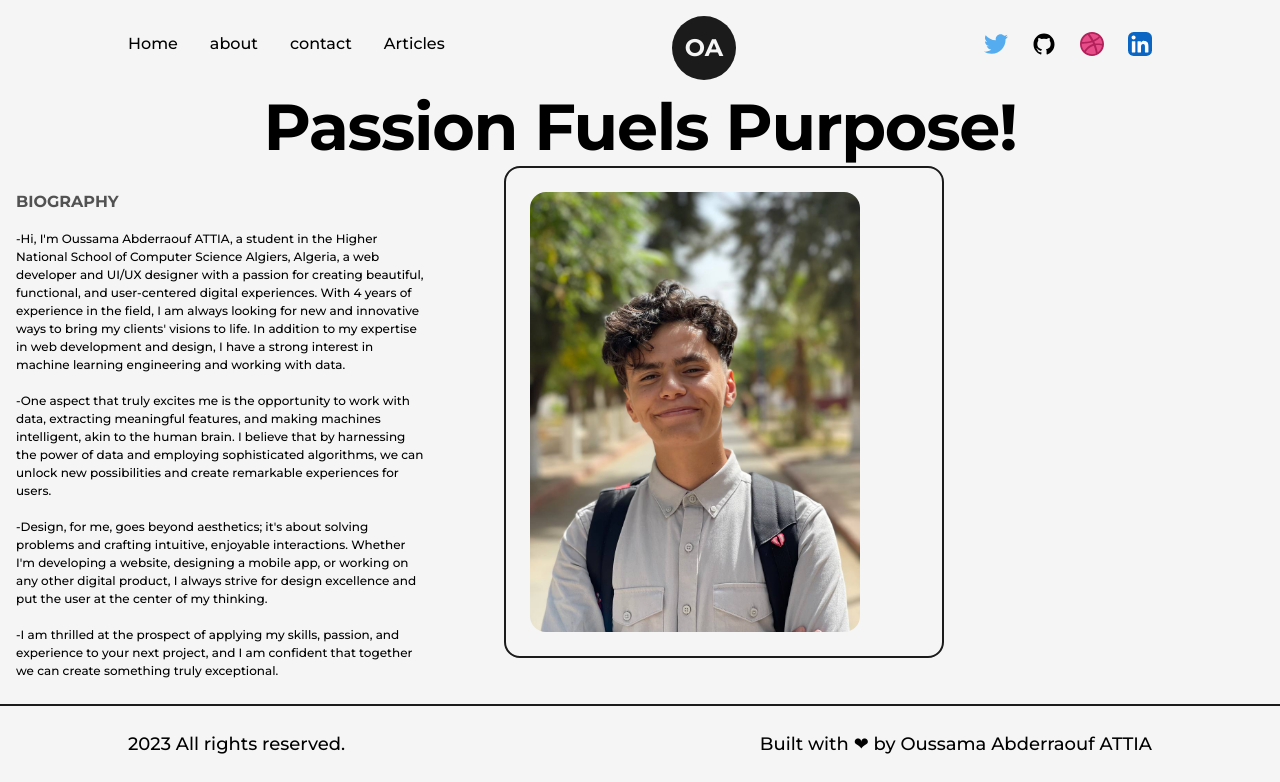
Repository: OussamaAbderraoufAttia/Next.js-Developer-Portfolio
Page: /About
The author's editor kept a copy of each file at every save. The page is drawn from the files as they stood at one save, then again after a run of saves.
The browser window is 1280 px wide. The pictures show the whole page.
The project was rebuilt for these pictures with package versions that can differ from the ones it lists, and the page was loaded fresh each time. The framework's server and built-in components were replaced by stand-ins that run in the browser. Also part of the build but not shown: next.config.js, src/components/AnimatedText.js.

Above is the page before, as saved 2023-06-27 22:56:03.

After the next 2 saves:
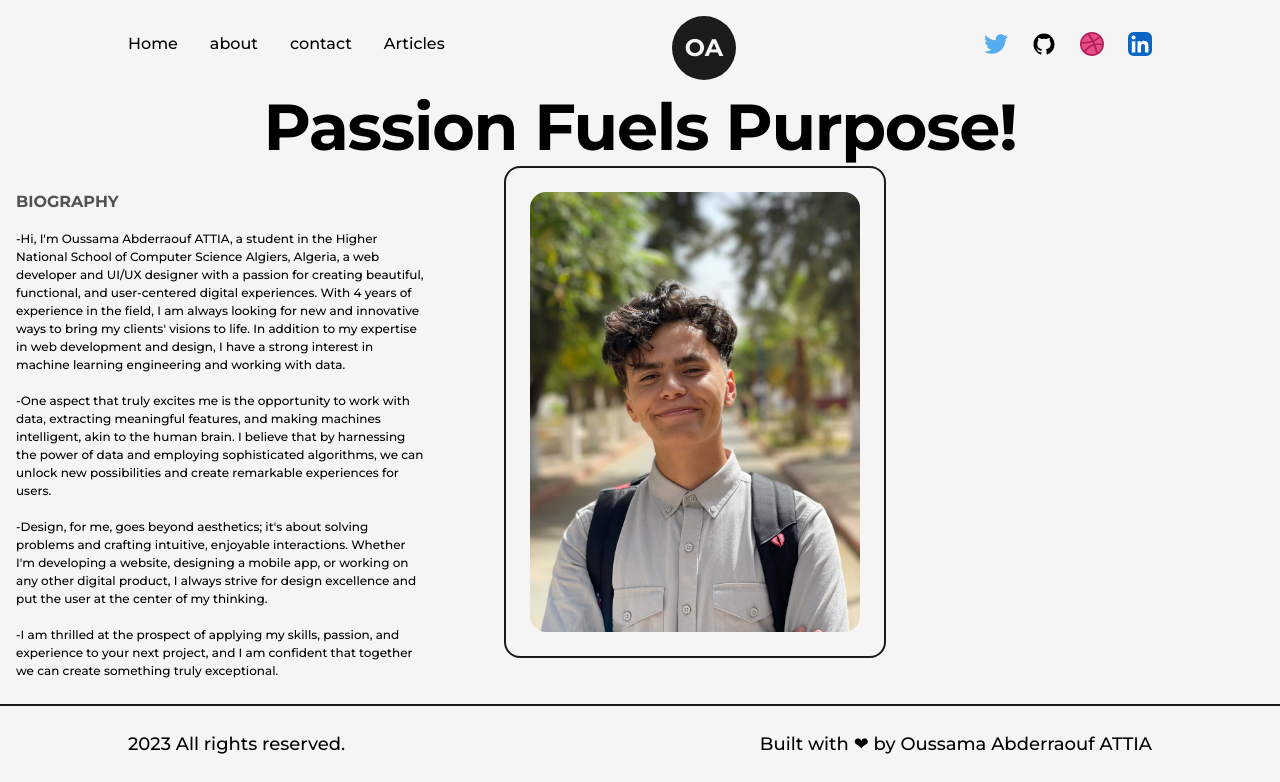
The 2 saves are shown as one change because they came seconds apart.
The last was saved 15 s later.
--- a/src/pages/About.js
+++ b/src/pages/About.js
@@ -46,7 +46,7 @@
                         </div>
 
                     </div>
-                    <div className='col-span-3 relative h-max rounded-2xl border-2 border-solid border-dark bg-light p-6'>
+                    <div className='col-span-3 relative h-max w-max rounded-2xl border-2 border-solid border-dark bg-light p-6'>
                         <Image src={me} alt='Oussama Abderraouf ATTIA' width={330} height={330} className='rounded-2xl' />
                     </div>
                 </div>
